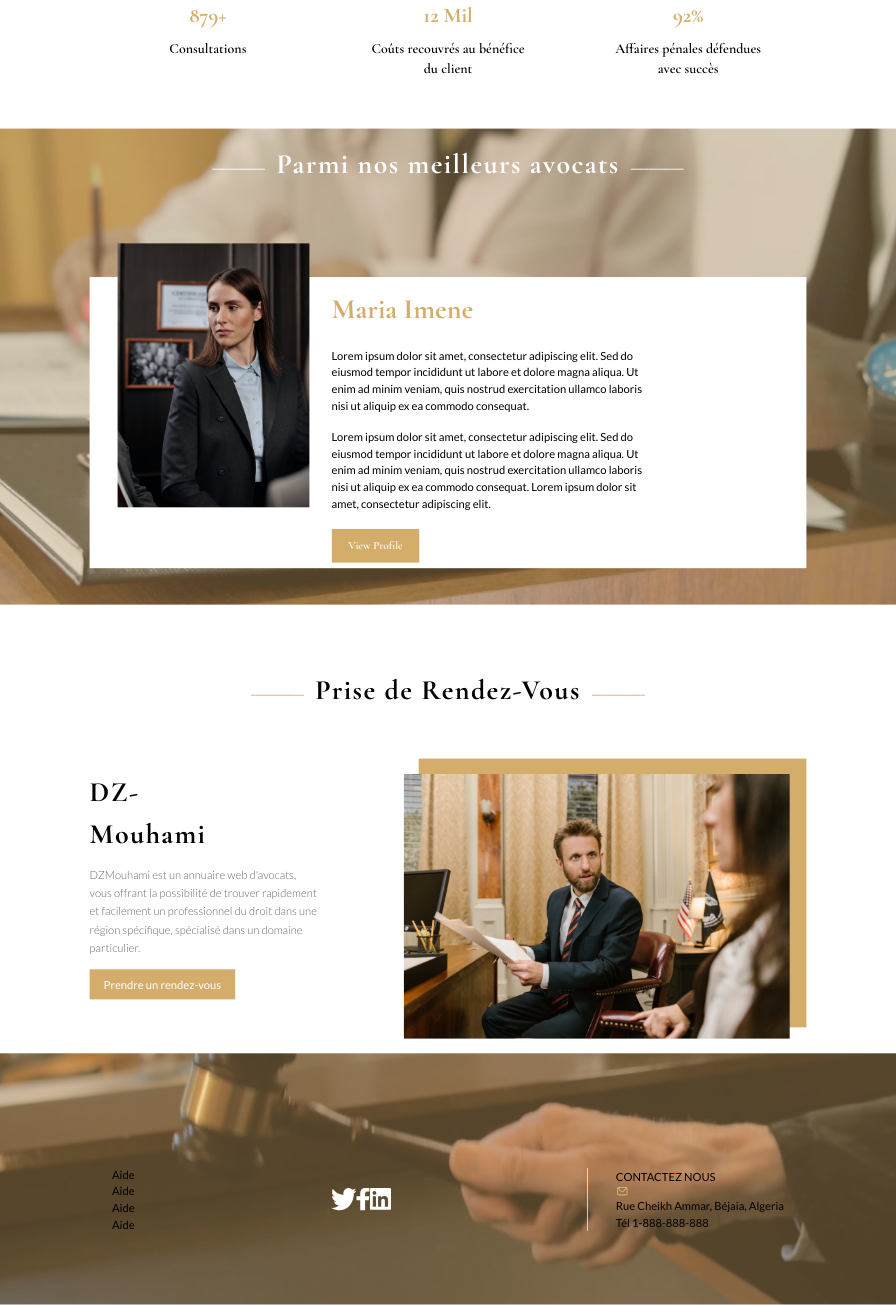
Repository: Chekrouba-Tinhinane/Mohami_dz
Page: / (app in client/)
The author's editor kept a copy of each file at every save. The page is drawn from the files as they stood at one save, then again after a run of saves.
The browser window is 1280 px wide. The pictures show the part of the page from y = 2284 to 4204 px (the page is 4148 px tall before and 4204 px after), at 70% of full size.
The project was rebuilt for these pictures with package versions that can differ from the ones it lists, and the page was loaded fresh each time. Also part of the build but not shown: client/vite.config.js, client/src/SignIn.jsx, client/src/components/Selector.jsx, client/src/components/SearchContainer.jsx, client/src/Search.jsx, client/src/components/super/HomeLayout.jsx, client/src/components/Profile.jsx.

Above is the page before, as saved 2024-01-25 18:07:16.

After the next 2 saves:
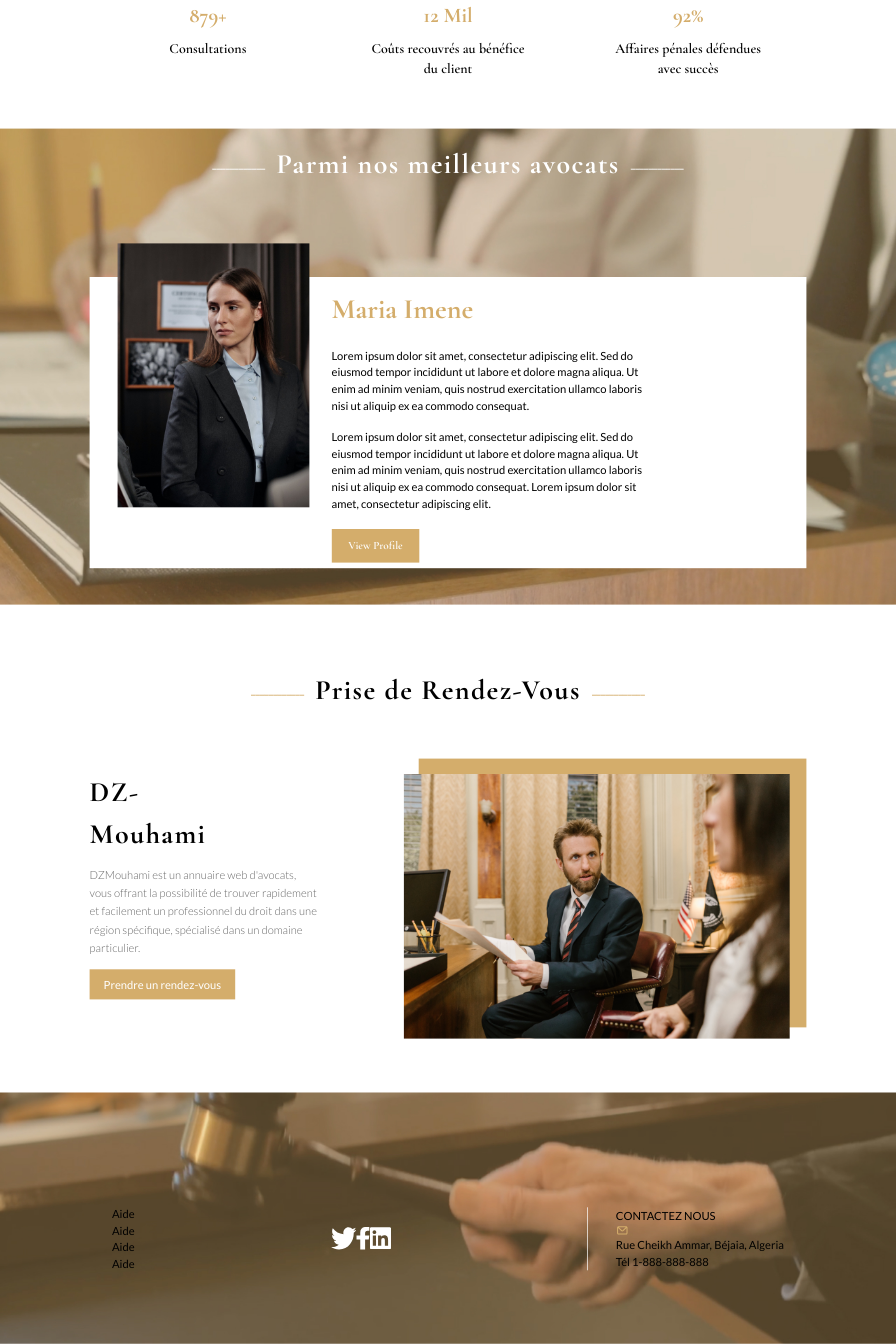
The 2 saves are shown as one change because they came seconds apart.
The last was saved 12 s later.
--- a/client/src/LandingPage.jsx
+++ b/client/src/LandingPage.jsx
@@ -272,7 +272,7 @@ function Footer() {
   return (
     <footer
       id="footer"
-      className="h-[300px] relative flex w-full justify-center items-center mt-10"
+      className="h-[300px] relative flex w-full justify-center items-center mt-24"
     >
       <img src={footer} alt="" className="w-full object-cover" />
       {/* sixth section */}
